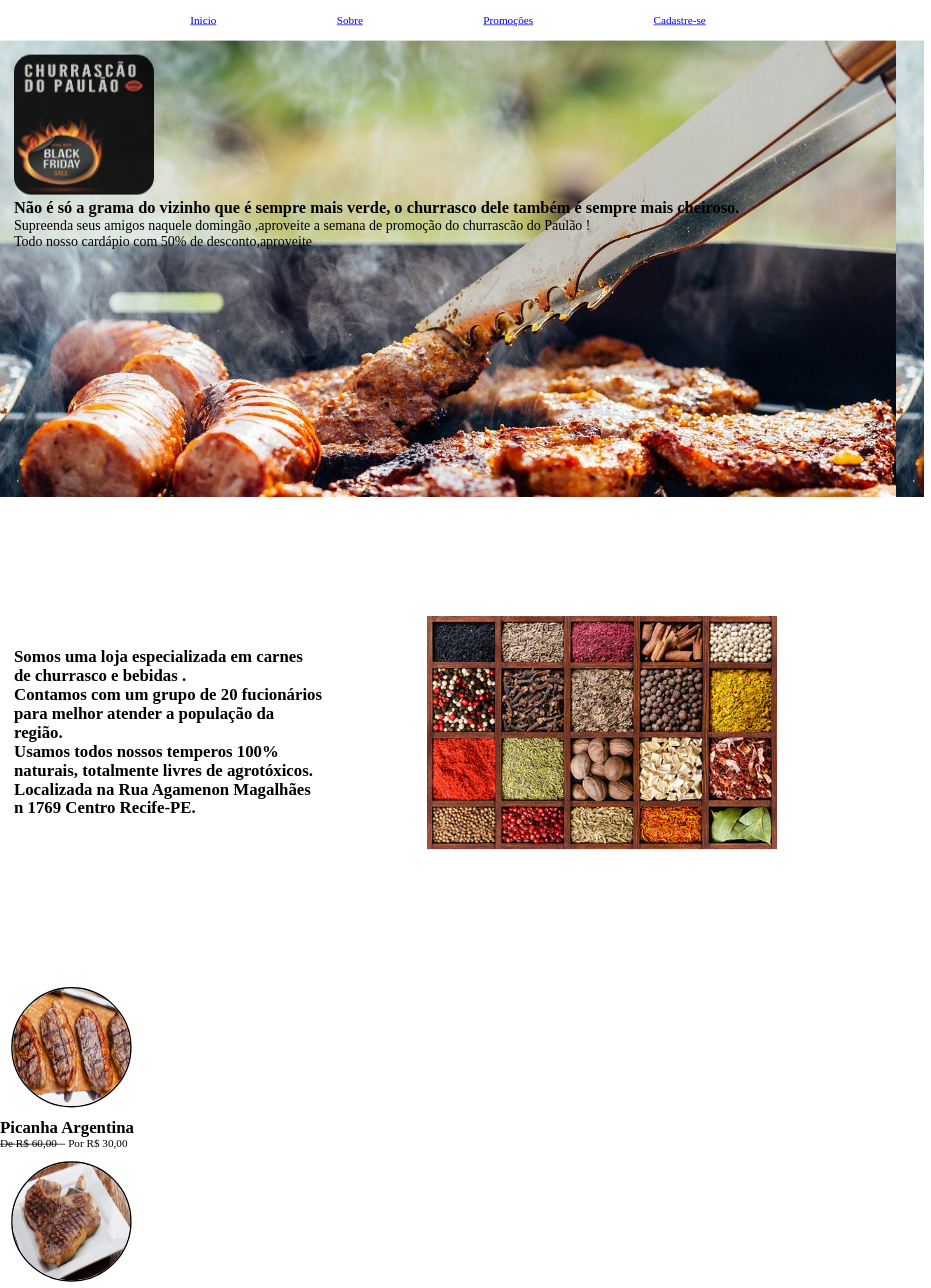
Repository: PauloMarquess/ProjetoBlackFriday
Page: index.html
An editor plug-in stored every save of this project. The page is shown before and after the next save, followed by the edit.
The browser window is 1280 px wide. The page is 1330 px wide, so the pictures cover 1330 px, including what lies to the right of the window. The pictures show the part of the page from y = 0 to 1840 px (the page is 4174 px tall), at 70% of full size.

Above is the page before, as saved 2021-07-15 19:38:41.

After the next save:
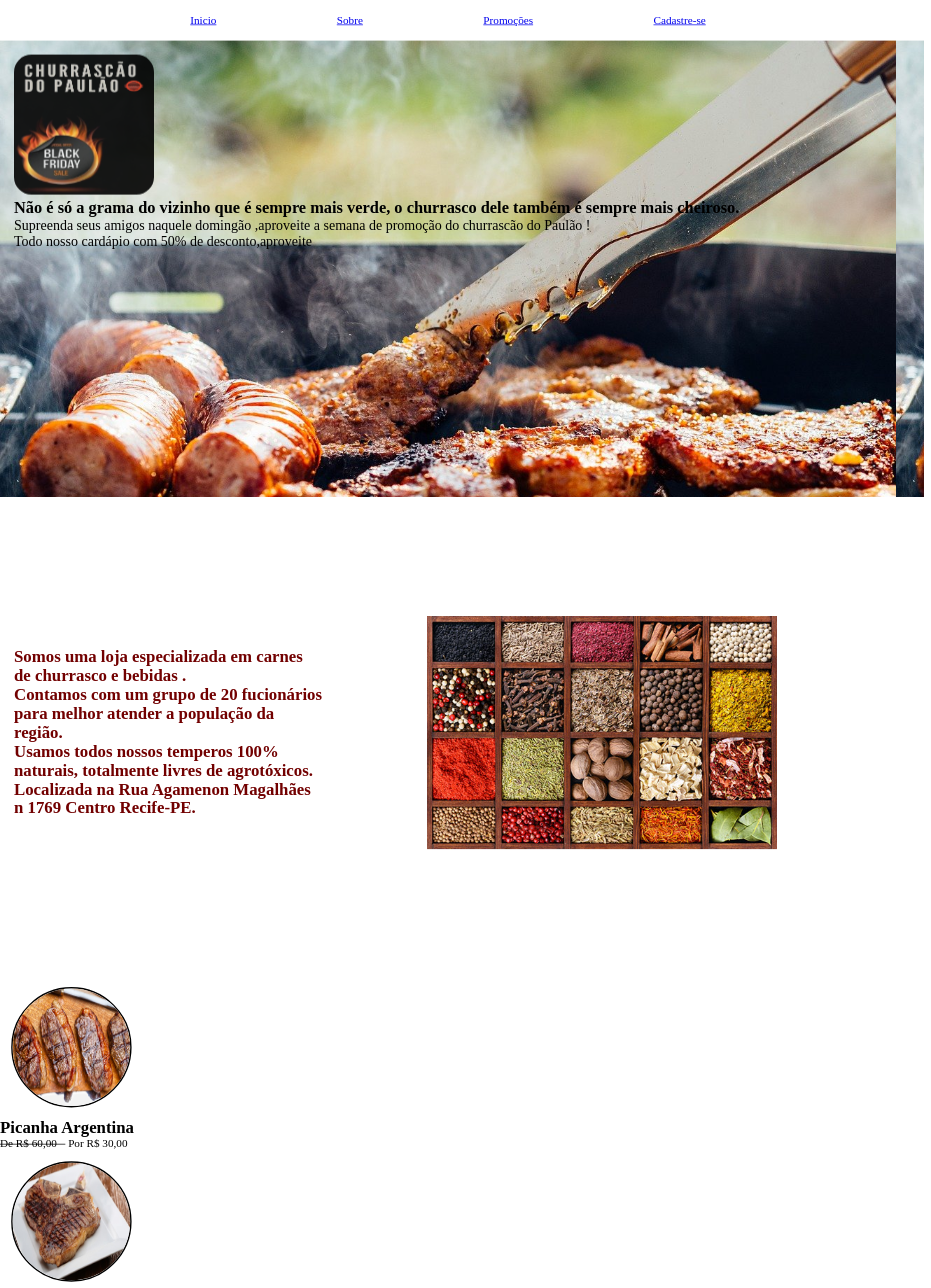
Saved 19 s later.
--- a/css/style.css
+++ b/css/style.css
@@ -108,5 +108,8 @@
 #sobre .container-sobre img {
     padding: 150px;
     font-size: 1rem;
+
+}
+#sobre .container-sobre h2 {
     color: #720000;
 }
